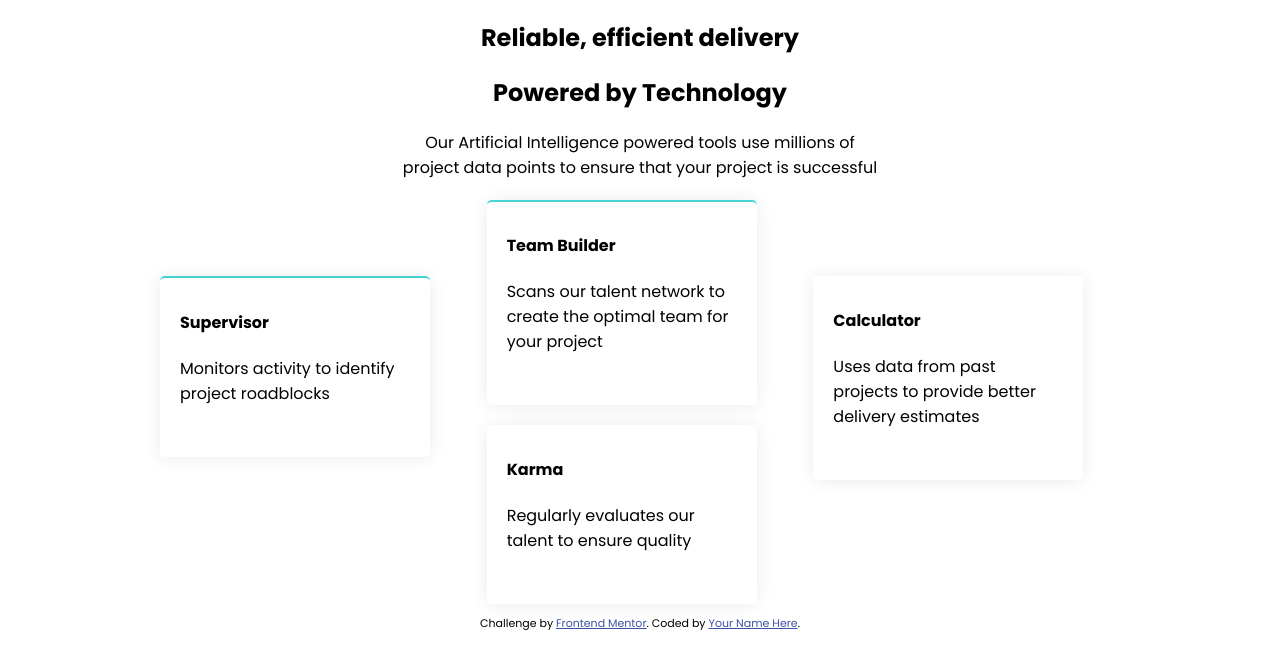
Repository: BuduCE/four-card-feature-section-master
Page: index.html
The author's editor kept a copy of each file at every save. The page is drawn from the files as they stood at one save, then again after the next save.
The browser window is 1280 px wide. The pictures show the whole page.

Above is the page before, as saved 2023-06-01 22:32:12.

### index.html
<!DOCTYPE html>
<html lang="en">
<head>
  <meta charset="UTF-8">
  <meta name="viewport" content="width=device-width, initial-scale=1.0"> <!-- displays site properly based on user's device -->

  <link rel="icon" type="image/png" sizes="32x32" href="./images/favicon-32x32.png">

  <title>Frontend Mentor | Four card feature section</title>

  <link rel="stylesheet" href="styles.css">
  <!-- Gogle font family -->
  <link rel="preconnect" href="https://fonts.googleapis.com">
  <link rel="preconnect" href="https://fonts.gstatic.com" crossorigin>
  <link
    href="https://fonts.googleapis.com/css2?family=Montserrat:ital,wght@0,200;0,300;0,400;0,500;0,600;0,700;0,800;0,900;1,200;1,300;1,400;1,500;1,600;1,700;1,800;1,900&family=Poppins:wght@100;200;300;400;500;700;900&display=swap"
    rel="stylesheet">
</head>
<body>
  <h2>Reliable, efficient delivery</h2>
  <h2>Powered by Technology</h2>

  <p class="header_detail">Our Artificial Intelligence powered tools use millions of project data points
  to ensure that your project is successful</p>

  <div class="product_card">
    <div class="card_containers">
      <div class="card specialX a">
        <h4>Supervisor</h4>
        <p>Monitors activity to identify project roadblocks</p>
        <img src="" alt="">
      </div>
    </div>

    <div class="card_containers special">
      <div class="card b">
        <h4>Team Builder</h4>
        <p>Scans our talent network to create the optimal team for your project</p>
        <img src="" alt="">
      </div>

      <div class="card c">
        <h4>Karma</h4>
        <p>Regularly evaluates our talent to ensure quality</p>
        <img src="" alt="">
      </div>
    </div>

    <div class="card_containers">
      <div class="card specialX d">
        <h4>Calculator</h4>
        <p>Uses data from past projects to provide better delivery estimates</p>
        <img src="" alt="">
      </div>
    </div>
  </div>

  <footer>
    <p class="attribution">
      Challenge by <a href="https://www.frontendmentor.io?ref=challenge" target="_blank">Frontend Mentor</a>.
      Coded by <a href="#">Your Name Here</a>.
    </p>
  </footer>
</body>
</html>

### styles.css
.attribution {
    font-size: 11px;
    text-align: center;
}

.attribution a {
    color: hsl(228, 45%, 44%);
}

body {
    font-family: 'Poppins', sans-serif;
    text-align: center;
    width: 75%;
    margin: auto;
}
.header_detail{
    width: 50%;
    margin: auto;
}
.product_card{
    display: grid;
    grid-template-columns: 1fr 1fr 1fr;
    /* display: flex;
    align-items: center; */
    gap: 20px;
    width: 100%;
    margin: auto;
    margin-top: 20px;
}
.card{
    padding: 10px 20px;
    width: 75%;
    text-align: left;
    -webkit-box-shadow: 0px 1px 18px 0px rgba(235, 235, 235, 1);
        -moz-box-shadow: 0px 1px 18px 0px rgba(235, 235, 235, 1);
        box-shadow: 0px 1px 18px 0px rgba(235, 235, 235, 1);
        border-radius: 5px;
}
.specialX{
    margin-top: 25%;
}
.special{
    display: flex;
    flex-direction: column;
    gap: 20px;
}
.a{
    border-top: 2px solid hsl(180, 62%, 55%);
}
.b{
    border-top: 2px solid hsl(180, 62%, 55%);
}

After the next save:
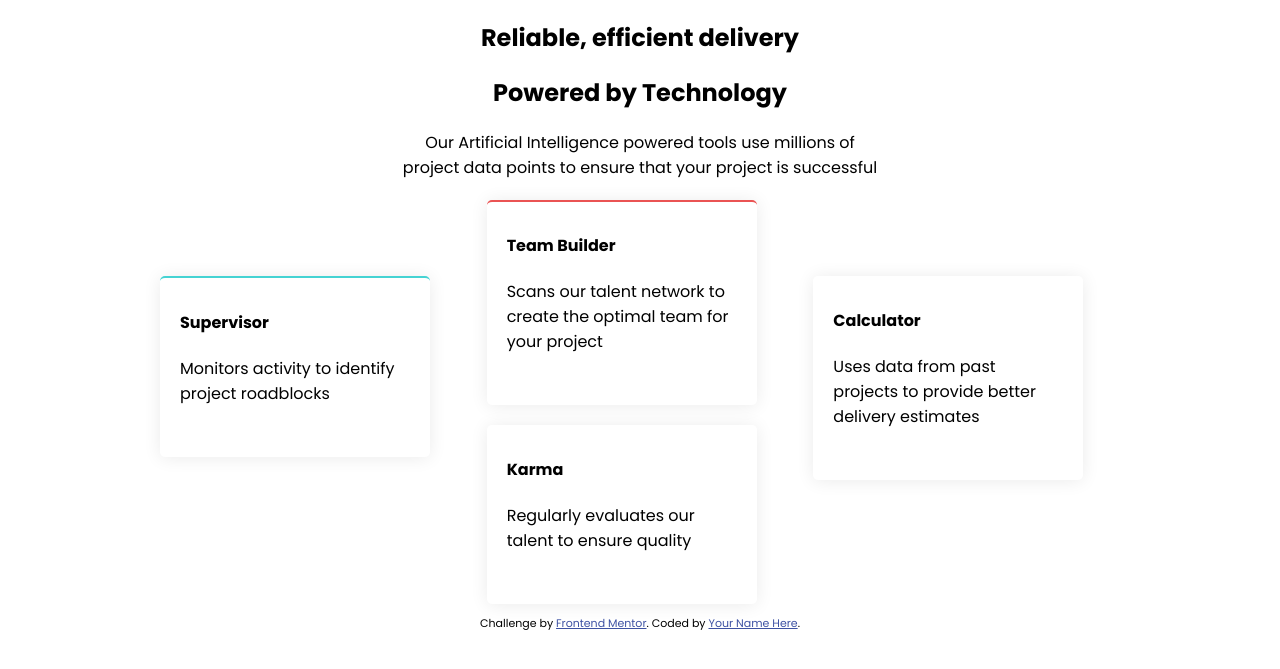
Saved 8 s later.
--- a/styles.css
+++ b/styles.css
@@ -48,5 +48,5 @@ body {
     border-top: 2px solid hsl(180, 62%, 55%);
 }
 .b{
-    border-top: 2px solid hsl(180, 62%, 55%);
+    border-top: 2px solid hsl(0, 78%, 62%);
 }
